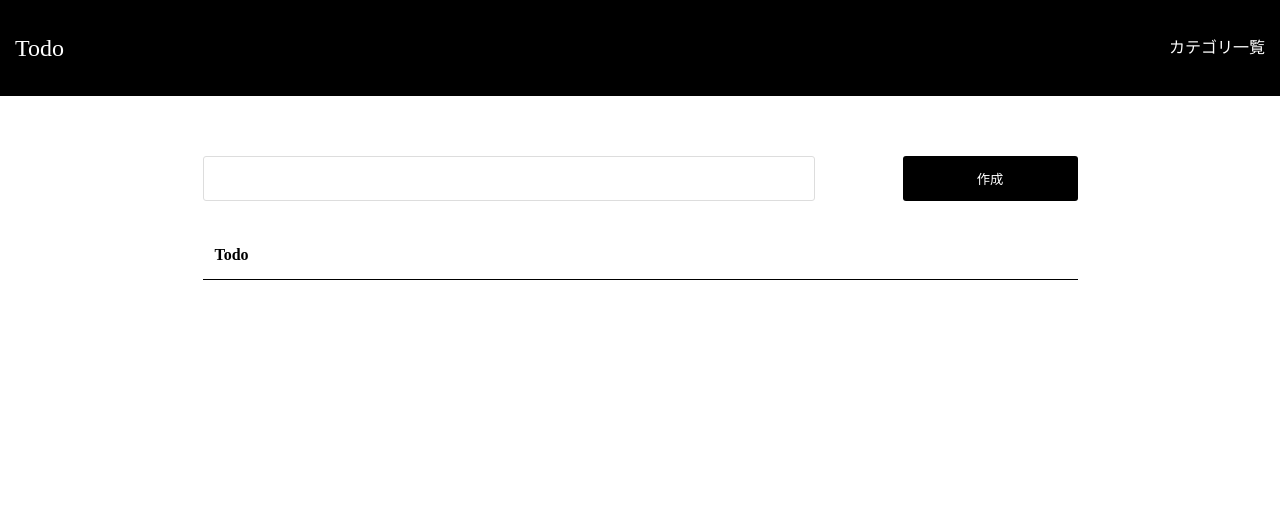
Repository: mayu-ya/todo4
Page: http://localhost/
The author's editor kept a copy of each file at every save. The page is drawn from the files as they stood at one save, then again after the next save.
The browser window is 1280 px wide. The pictures show the whole page.
The page is served by the project's Laravel application, run on PHP 8.4 with Laravel 8. Other server files are loaded and not shown. Queries for data that is not in the repository find no rows.

Above is the page before, as saved 2026-01-13 15:48:51.

### src/routes/web.php
<?php

use Illuminate\Support\Facades\Route;
use App\Http\Controllers\TodoController;

/*
|--------------------------------------------------------------------------
| Web Routes
|--------------------------------------------------------------------------
|
| Here is where you can register web routes for your application. These
| routes are loaded by the RouteServiceProvider within a group which
| contains the "web" middleware group. Now create something great!
|
*/

Route::get('/', [TodoController::class, 'index']);
Route::post('/todos', [TodoController::class, 'store']);
Route::patch('/todos/update', [TodoController::class, 'update']);
Route::delete('todos/delete', [TodoController::class, 'destroy']);

### src/app/Http/Controllers/TodoController.php
<?php

namespace App\Http\Controllers;

use App\Models\Todo;
use App\Http\Requests\TodoRequest;
use Illuminate\Http\Request;

class TodoController extends Controller
{
    public function index()
    {
        $todos = Todo::all();

        return view('index', compact('todos'));
    }

    public function store(TodoRequest $request)
    {
        $todo = $request->only(['content']);
        Todo::create($todo);

        return redirect('/')->with('message', 'Todoを作成しました');
    }

    public function update(TodoRequest $request)
    {
        $todo = $request->only(['content']);
        Todo::find($request->id)->update($todo);

        return redirect('/')->with('message', 'Todoを更新しました');
    }

    public function destroy(Request $request)
    {
        Todo::find($request->id)->delete();

        return redirect('/')->with('message', 'Todoを削除しました');
    }
}

### src/app/Models/Todo.php
<?php

namespace App\Models;

use Illuminate\Database\Eloquent\Factories\HasFactory;
use Illuminate\Database\Eloquent\Model;

class Todo extends Model
{
    use HasFactory;

    protected $fillable = ['category_id', 'content'];

    public function category()
    {
        return $this->belongsTo(Category::class);
    }
}

### src/resources/views/index.blade.php
@extends('layouts.app')

@section('css')
<link rel="stylesheet" href="{{ asset('css/index.css') }}">
@endsection

@section('content')
<div class="todo-message">
    @if(session('message'))
    <div class="todo-message_header">
        {{ session('message') }}
    </div>
    @endif
    @if($errors->any())
    <div class="todo-error-message_header">
        <ul>
            @foreach($errors->all() as $error)
            <li>{{ $error }}</li>
            @endforeach
        </ul>
    </div>
    @endif
</div>

<div class="content">
    <form class="create-form" action="/todos" method="post">
        @csrf
        <div class="create-form-todo">
            <input class=create-form-todo_input type="text" name="content">
        </div>
        <div class="create-form_button">
            <button class="create-form_button-submit" type="submit">作成</button>
        </div>
    </form>

    <table class="table">
        <tr class="table-row">
            <th class="table-title">Todo</th>
        </tr>
        @foreach($todos as $todo)
        <tr class="table-row">
            <td class="table_item">
                <form class="table-update" action="/todos/update" method="post">
                    @method('patch')
                    @csrf
                    <div class="table-todo">
                        <input type="text" class="table-update_input" name="content" value="{{ $todo['content'] }}">
                        <input type="hidden" name="id" value="{{ $todo['id'] }}>
                    </div>
                    <div class="table-update_button">
                        <button class="table-update_button-submit" type="submit">更新</button>
                    </div>
                </form>
            </td>
            <td class="table_item">
                <form class="table-delete" action="/todos/delete" method="post">
                    @method('delete')
                    @csrf
                    <div class="table-delete_button">
                        <input type="hidden" name="id" value="{{ $todo['id'] }}">
                        <button class="table-delete_button-submit" type="submit">削除</button>
                    </div>
                </form>
            </td>
        </tr>
        @endforeach
    </table>
</div>
@endsection

### src/resources/views/layouts/app.blade.php
<!DOCTYPE html>
<html lang="ja">
<head>
    <meta charset="UTF-8">
    <meta name="viewport" content="width=device-width, initial-scale=1.0">
    <title>Todo</title>
    <link rel="stylesheet" href="{{ asset('css/sanitize.css') }}">
    <link rel="stylesheet" href="{{ asset('css/common.css') }}">
    @yield('css')
</head>
<body>
    <header class="header">
        <div class="header-inner">
            <div class="header-utilities">
                <a href="/" class="header-logo">Todo</a>
                <nav>
                    <ul class="header-nav">
                        <li class="header-nav_item">
                            <a href="/categories" class="header-nav_link">カテゴリ一覧</a>
                        </li>
                    </ul>
                </nav>
            </div>
        </div>
    </header>

    <main>
        @yield('content')
    </main>
</body>
</html>

### src/public/css/sanitize.css
/* Document
* ========================================================================== */

/**
* Add border box sizing in all browsers (opinionated).
*/

*,
::before,
::after {
box-sizing: border-box;
}

/**
* 1. Add text decoration inheritance in all browsers (opinionated).
* 2. Add vertical alignment inheritance in all browsers (opinionated).
*/

::before,
::after {
vertical-align: inherit; /* 2 */
text-decoration: inherit; /* 1 */
}

/**
* 1. Use the default cursor in all browsers (opinionated).
* 2. Change the line height in all browsers (opinionated).
* 3. Use a 4-space tab width in all browsers (opinionated).
* 4. Remove the grey highlight on links in iOS (opinionated).
* 5. Prevent adjustments of font size after orientation changes in
*    IE on Windows Phone and in iOS.
* 6. Breaks words to prevent overflow in all browsers (opinionated).
*/

html {
word-break: break-word; /* 6 */
-moz-tab-size: 4; /* 3 */
tab-size: 4; /* 3 */
line-height: 1.5; /* 2 */
cursor: default; /* 1 */

-webkit-tap-highlight-color: transparent /* 4 */;
-ms-text-size-adjust: 100%; /* 5 */
-webkit-text-size-adjust: 100%; /* 5 */
}

/* Sections
* ========================================================================== */

/**
* Remove the margin in all browsers (opinionated).
*/

body {
margin: 0;
}

/**
* Correct the font size and margin on `h1` elements within `section` and
* `article` contexts in Chrome, Edge, Firefox, and Safari.
*/

h1 {
margin: 0.67em 0;
font-size: 2em;
}

/* Grouping content
* ========================================================================== */

/**
* Remove the margin on nested lists in Chrome, Edge, IE, and Safari.
*/

dl dl,
dl ol,
dl ul,
ol dl,
ul dl {
margin: 0;
}

/**
* Remove the margin on nested lists in Edge 18- and IE.
*/

ol ol,
ol ul,
ul ol,
ul ul {
margin: 0;
}

/**
* 1. Add the correct sizing in Firefox.
* 2. Show the overflow in Edge 18- and IE.
*/

hr {
overflow: visible; /* 2 */
height: 0; /* 1 */
}

/**
* Add the correct display in IE.
*/

main {
display: block;
}

/**
* Remove the list style on navigation lists in all browsers (opinionated).
*/

nav ol,
nav ul {
padding: 0;
list-style: none;
}

/**
* 1. Correct the inheritance and scaling of font size in all browsers.
* 2. Correct the odd `em` font sizing in all browsers.
*/

pre {
font-size: 1em; /* 2 */
font-family: monospace, monospace; /* 1 */
}

/* Text-level semantics
* ========================================================================== */

/**
* Remove the gray background on active links in IE 10.
*/

a {
background-color: transparent;
}

/**
* Add the correct text decoration in Edge 18-, IE, and Safari.
*/

abbr[title] {
text-decoration: underline;
text-decoration: underline dotted;
}

/**
* Add the correct font weight in Chrome, Edge, and Safari.
*/

b,
strong {
font-weight: bolder;
}

/**
* 1. Correct the inheritance and scaling of font size in all browsers.
* 2. Correct the odd `em` font sizing in all browsers.
*/

code,
kbd,
samp {
font-size: 1em; /* 2 */
font-family: monospace, monospace; /* 1 */
}

/**
* Add the correct font size in all browsers.
*/

small {
font-size: 80%;
}

/* Embedded content
* ========================================================================== */

/*
* Change the alignment on media elements in all browsers (opinionated).
*/

audio,
canvas,
iframe,
img,
svg,
video {
vertical-align: middle;
}

/**
* Add the correct display in IE 9-.
*/

audio,
video {
display: inline-block;
}

/**
* Add the correct display in iOS 4-7.
*/

audio:not([controls]) {
display: none;
height: 0;
}

/**
* Remove the border on iframes in all browsers (opinionated).
*/

iframe {
border-style: none;
}

/**
* Remove the border on images within links in IE 10-.
*/

img {
border-style: none;
}

/**
* Change the fill color to match the text color in all browsers (opinionated).
*/

svg:not([fill]) {
fill: currentColor;
}

/**
* Hide the overflow in IE.
*/

svg:not(:root) {
overflow: hidden;
}

/* Tabular data
* ========================================================================== */

/**
* Collapse border spacing in all browsers (opinionated).
*/

table {
border-collapse: collapse;
}

/* Forms
* ========================================================================== */

/**
* Remove the margin on controls in Safari.
*/

button,
input,
select {
margin: 0;
}

/**
* 1. Show the overflow in IE.
* 2. Remove the inheritance of text transform in Edge 18-, Firefox, and IE.
*/

button {
overflow: visible; /* 1 */
text-transform: none; /* 2 */
}

/**
* Correct the inability to style buttons in iOS and Safari.
*/

button,
[type="button"],
[type="reset"],
[type="submit"] {
-webkit-appearance: button;
}

/**
* 1. Change the inconsistent appearance in all browsers (opinionated).
* 2. Correct the padding in Firefox.
*/

fieldset {
padding: 0.35em 0.75em 0.625em; /* 2 */
border: 1px solid #a0a0a0; /* 1 */
}

/**
* Show the overflow in Edge 18- and IE.
*/

input {
overflow: visible;
}

/**
* 1. Correct the text wrapping in Edge 18- and IE.
* 2. Correct the color inheritance from `fieldset` elements in IE.
*/

legend {
display: table; /* 1 */
max-width: 100%; /* 1 */
color: inherit; /* 2 */
white-space: normal; /* 1 */
}

/**
* 1. Add the correct display in Edge 18- and IE.
* 2. Add the correct vertical alignment in Chrome, Edge, and Firefox.
*/

progress {
display: inline-block; /* 1 */
vertical-align: baseline; /* 2 */
}

/**
* Remove the inheritance of text transform in Firefox.
*/

select {
text-transform: none;
}

/**
* 1. Remove the margin in Firefox and Safari.
* 2. Remove the default vertical scrollbar in IE.
* 3. Change the resize direction in all browsers (opinionated).
*/

textarea {
overflow: auto; /* 2 */
margin: 0; /* 1 */
resize: vertical; /* 3 */
}

/**
* Remove the padding in IE 10-.
*/

[type="checkbox"],
[type="radio"] {
padding: 0;
}

/**
* 1. Correct the odd appearance in Chrome, Edge, and Safari.
* 2. Correct the outline style in Safari.
*/

[type="search"] {
outline-offset: -2px; /* 2 */

-webkit-appearance: textfield; /* 1 */
}

/**
* Correct the cursor style of increment and decrement buttons in Safari.
*/

::-webkit-inner-spin-button,
::-webkit-outer-spin-button {
height: auto;
}

/**
* Correct the text style of placeholders in Chrome, Edge, and Safari.
*/

::-webkit-input-placeholder {
color: inherit;
opacity: 0.54;
}

/**
* Remove the inner padding in Chrome, Edge, and Safari on macOS.
*/

::-webkit-search-decoration {
-webkit-appearance: none;
}

/**
* 1. Correct the inability to style upload buttons in iOS and Safari.
* 2. Change font properties to `inherit` in Safari.
*/

::-webkit-file-upload-button {
font: inherit; /* 2 */

-webkit-appearance: button; /* 1 */
}

/**
* Remove the inner border and padding of focus outlines in Firefox.
*/

::-moz-focus-inner {
padding: 0;
border-style: none;
}

/**
* Restore the focus outline styles unset by the previous rule in Firefox.
*/

:-moz-focusring {
outline: 1px dotted ButtonText;
}

/**
* Remove the additional :invalid styles in Firefox.
*/

:-moz-ui-invalid {
box-shadow: none;
}

/* Interactive
* ========================================================================== */

/*
* Add the correct display in Edge 18- and IE.
*/

details {
display: block;
}

/*
* Add the correct styles in Edge 18-, IE, and Safari.
*/

dialog {
position: absolute;
right: 0;
left: 0;
display: block;
margin: auto;
padding: 1em;
width: -moz-fit-content;
width: -webkit-fit-content;
width: fit-content;
height: -moz-fit-content;
height: -webkit-fit-content;
height: fit-content;
border: solid;
background-color: white;
color: black;
}

dialog:not([open]) {
display: none;
}

/*
* Add the correct display in all browsers.
*/

summary {
display: list-item;
}

/* Scripting
* ========================================================================== */

/**
* Add the correct display in IE 9-.
*/

canvas {
display: inline-block;
}

/**
* Add the correct display in IE.
*/

template {
display: none;
}

/* User interaction
* ========================================================================== */

/*
* 1. Remove the tapping delay in IE 10.
* 2. Remove the tapping delay on clickable elements
in all browsers (opinionated).
*/

a,
area,
button,
input,
label,
select,
summary,
textarea,
[tabindex] {
-ms-touch-action: manipulation; /* 1 */
touch-action: manipulation; /* 2 */
}

/**
* Add the correct display in IE 10-.
*/

[hidden] {
display: none;
}

/* Accessibility
* ========================================================================== */

/**
* Change the cursor on busy elements in all browsers (opinionated).
*/

[aria-busy="true"] {
cursor: progress;
}

/*
* Change the cursor on control elements in all browsers (opinionated).
*/

[aria-controls] {
cursor: pointer;
}

/*
* Change the cursor on disabled, not-editable, or otherwise
* inoperable elements in all browsers (opinionated).
*/

[aria-disabled="true"],
[disabled] {
cursor: not-allowed;
}

/*
* Change the display on visually hidden accessible elements
* in all browsers (opinionated).
*/

[aria-hidden="false"][hidden] {
display: initial;
}

[aria-hidden="false"][hidden]:not(:focus) {
position: absolute;
clip: rect(0, 0, 0, 0);
}

### src/public/css/common.css
.header {
    background: #000;
    max-width: 1536px;
}

.header-inner {
    width: 100%;
    margin: 0 auto;
    padding: 20px 15px;
}

.header-utilities {
    display: flex;
    align-items: center;
    justify-content: space-between;
}

.header-logo {
    display: block;
    font-size: 24px;
    color: #fff;
    text-decoration: none;
    cursor: pointer;
}

.header-nav_link {
    color: #fff;
    text-decoration: none;
}

### src/public/css/index.css
.todo-message_header {
    padding: 10px 30px;
    background: #d1e7dd;
    color: #0f5132;
    border-color: #badbcc;
}

.todo-error-message_header {
    padding: 10px 0;
    background: #f8d7da;
    color: #842029;
    border-color: #f5c2c7;
}

.content {
    max-width: 1536px;
    margin: 0 auto;
    padding: 60px 15px;
}

.create-form {
    display: flex;
    width: 70%;
    justify-content: space-between;
    margin: 0 auto;
    align-items: center;
}

.create-form-todo {
    width: 70%;
}

.create-form-todo_input {
    padding: 10px;
    width: 100%;
    height: 45px;
    border: 1px solid #ddd;
    border-radius: 3px;
    outline: none;
}

.create-form_button {
    width: 20%;
}

.create-form_button-submit {
    padding: 10px;
    width: 100%;
    height: 45px;
    border: none;
    border-radius: 3px;
    background: #000;
    color: #fff;
    cursor: pointer;
}

.table {
    margin: 30px auto;
    width: 70%;
    text-align: left;
}

.table-row {
    display: flex;
    border-bottom: 1px solid #000;
}

.table-title {
    padding: 12px;
    width: 20%;
    text-align: left;
    font-weight: bold;
}

.table-update {
    display: flex;
    align-items: center;
    justify-content: space-between;
}

.table-todo {
    width: 80%;
    line-height: 50%;
}

.table-update_input {
    width: 100%;
    outline: none;
    border: none;
}

.table_item:first-of-type {
    padding: 12px;
    width: 90%;
}

.table-update_button {
    width: 50px;
}

.table-update_button-submit {
    padding: 5px;
    width: 100%;
    border: none;
    border-radius: 3px;
    background: #00f;
    color: #fff;
    cursor: pointer;
}

.table-delete_button {
    width: 50px;
    padding: 12px 0;
}

.table-delete_button-submit {
    padding: 5px;
    width: 100%;
    border: none;
    border-radius: 3px;
    background: #ff0000;
    color: #fff;
    cursor: pointer;
}

Loaded but not shown: src/app/Http/Controllers/Controller.php (common file)

After the next save:
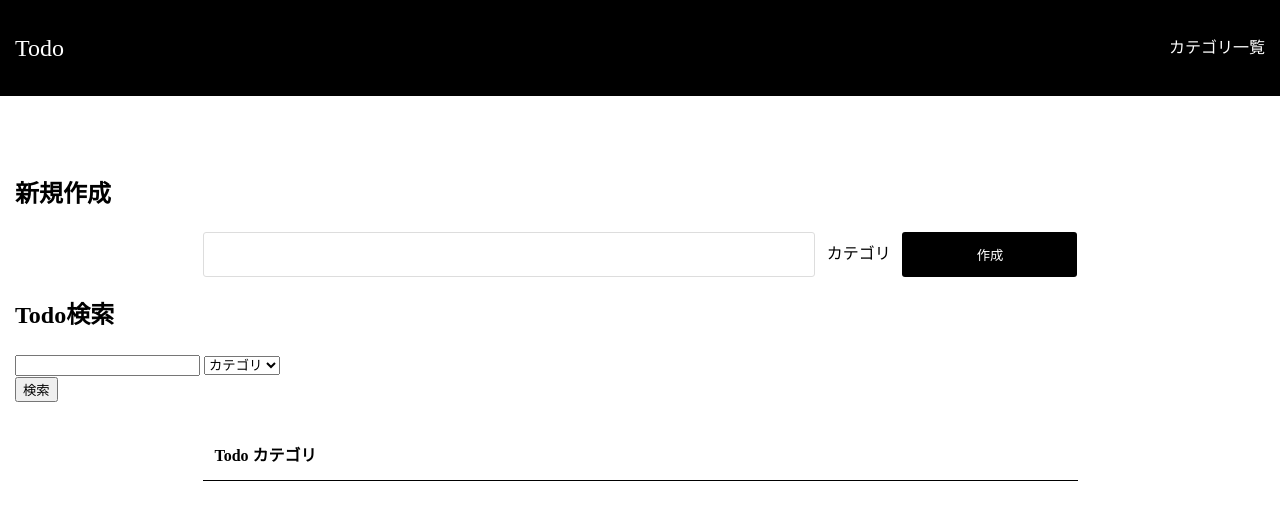
Saved 16 min 1 s later.
--- a/src/resources/views/index.blade.php
+++ b/src/resources/views/index.blade.php
@@ -23,19 +23,42 @@
 </div>
 
 <div class="content">
+    <div class="section_title">
+        <h2>新規作成</h2>
+    </div>
     <form class="create-form" action="/todos" method="post">
         @csrf
         <div class="create-form-todo">
-            <input class=create-form-todo_input type="text" name="content">
+            <input class=create-form-todo_input type="text" name="content" value="{{ old('content') }}">
         </div>
+        <section class="create-form_item-select">
+            <option value="">カテゴリ</option>
+        </section>
         <div class="create-form_button">
             <button class="create-form_button-submit" type="submit">作成</button>
+        </div>
+    </form>
+    <div class="section__title">
+        <h2>Todo検索</h2>
+    </div>
+    <form class="search-form">
+        <div class="search-form_item">
+            <input type="text" class="search-form_item-input">
+            <select class="search-form_item-select">
+                <option value="">カテゴリ</option>
+            </select>
+        </div>
+        <div class="search-form_button">
+            <button class="search-form_button-submit" type="submit">検索</button>
         </div>
     </form>
 
     <table class="table">
         <tr class="table-row">
-            <th class="table-title">Todo</th>
+            <th class="table-title">
+                <span class="todo-table_header-span">Todo</span>
+                <span class="todo-table_header-span">カテゴリ</span>
+            </th>
         </tr>
         @foreach($todos as $todo)
         <tr class="table-row">
@@ -45,7 +68,10 @@
                     @csrf
                     <div class="table-todo">
                         <input type="text" class="table-update_input" name="content" value="{{ $todo['content'] }}">
-                        <input type="hidden" name="id" value="{{ $todo['id'] }}>
+                        <input type="hidden" name="id" value="{{ $todo['id'] }}">
+                    </div>
+                    <div class="update-form_item">
+                        <p class="update-form_item-p">Category 1</p>
                     </div>
                     <div class="table-update_button">
                         <button class="table-update_button-submit" type="submit">更新</button>
